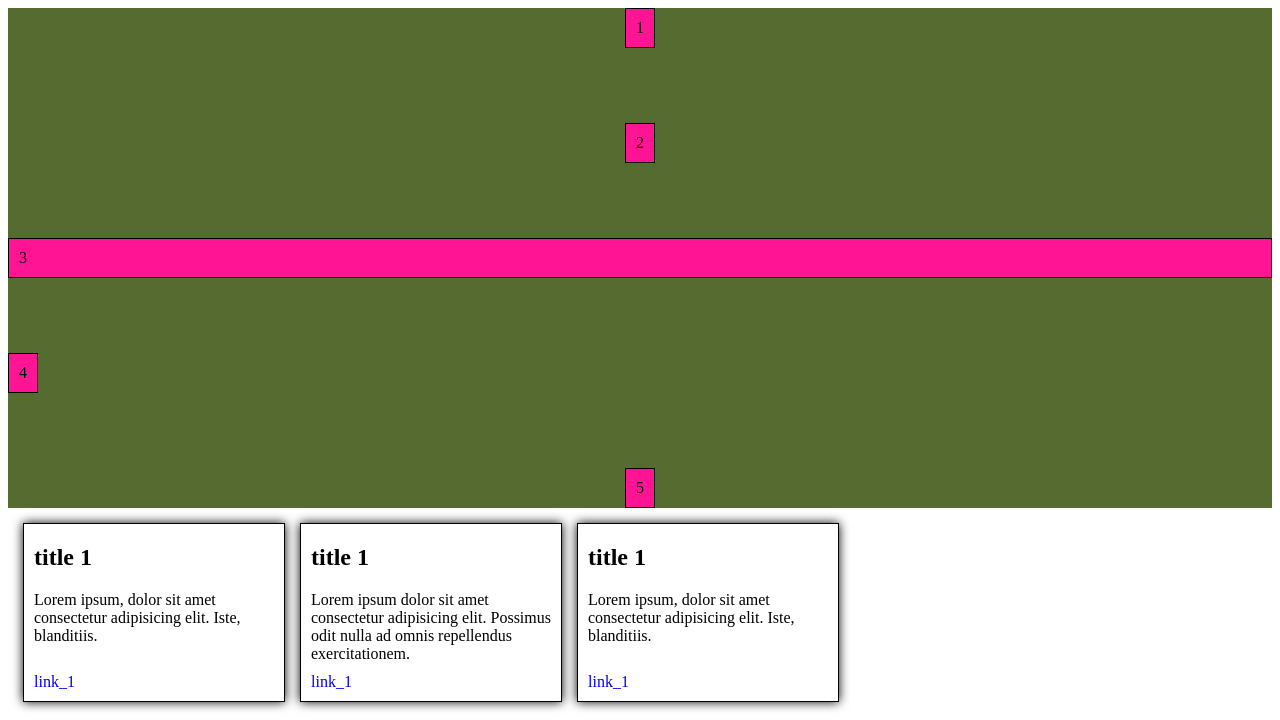
Repository: RustamNazarov98/demo
Page: index.html
The author's editor kept a copy of each file at every save. The page is drawn from the files as they stood at one save, then again after the next save.
The browser window is 1280 px wide. The pictures show the whole page.

Above is the page before, as saved 2022-04-06 18:44:48.

### index.html
<!DOCTYPE html>
<html lang="en">
<head>
    <meta charset="UTF-8">
    <meta http-equiv="X-UA-Compatible" content="IE=edge">
    <meta name="viewport" content="width=device-width, initial-scale=1.0">
    <link rel="stylesheet" href="./style.css">
    <title>Document</title>
</head>
<body>
    <!-- flexbox -->
    <div class="flexbox">
        <div>1</div>
        <div>2</div>
        <div>3</div>
        <div>4</div>
        <div>5</div>
    </div>


    <!-- cards -->
    <div class="cards">
        <div class="card">
            <h2>title 1</h2>
            <div>Lorem ipsum, dolor sit amet consectetur adipisicing elit. Iste, blanditiis.</div>
            <a href="#">link_1</a>
        </div>
        <div class="card">
            <h2>title 1</h2>
            <div>Lorem ipsum dolor sit amet consectetur adipisicing elit. Possimus odit nulla ad omnis repellendus exercitationem.</div>
            <a href="#">link_1</a>
        </div>
        <div class="card">
            <h2>title 1</h2>
            <div>Lorem ipsum, dolor sit amet consectetur adipisicing elit. Iste, blanditiis.</div>
            <a href="#">link_1</a>
        </div>
    </div>
</body>
</html>

### style.css
/* flexbox */

.flexbox{
    display: flex;
    flex-direction: column;
    justify-content: space-between;
    align-items:center;
    background-color: darkolivegreen;
    height: 500px;
}
.flexbox > div {
    border: 1px solid black;
    padding: 10px;
    background-color: deeppink;
}
.flexbox > div:nth-child(3) {
    align-self: stretch;
}

.flexbox > div:nth-child(4) {
    align-self: flex-start;
}


/* cards */

.cards {
    display: flex;
    justify-content: flex-start;
    margin: 15px;
}
.card {
    display: flex;
    flex-direction: column;
    width: 250px;
    border: 1px solid black;
    box-shadow: 0 0 10px 0 black;
    padding: 0 0 10px 10px;
    margin-right: 15px;
}
.card > div {
    padding-bottom: 10px;
    flex-grow: 1;
}
.card > a {
    text-decoration: none;
}

After the next save:
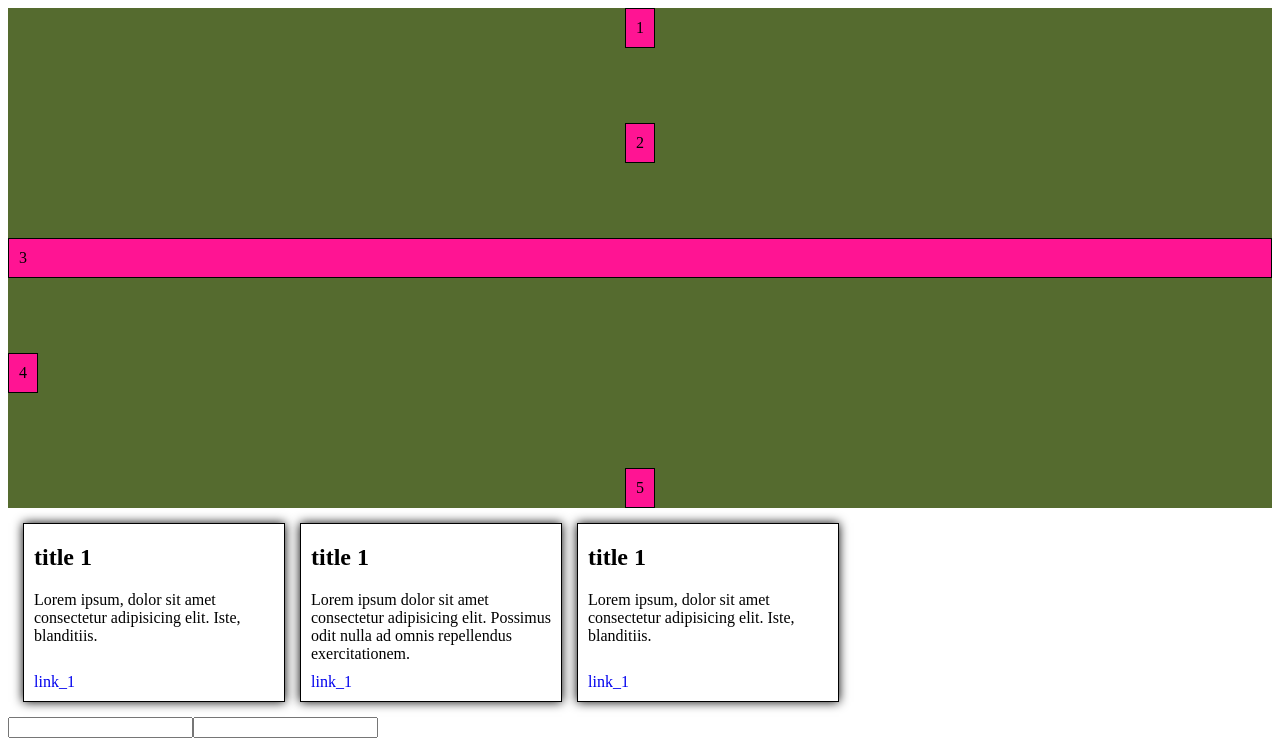
Saved 28 h 24 min later.
--- a/index.html
+++ b/index.html
@@ -36,5 +36,9 @@
             <a href="#">link_1</a>
         </div>
     </div>
+
+    <form action="" >
+        <input type="text"><input type="password">
+    </form>
 </body>
 </html>
